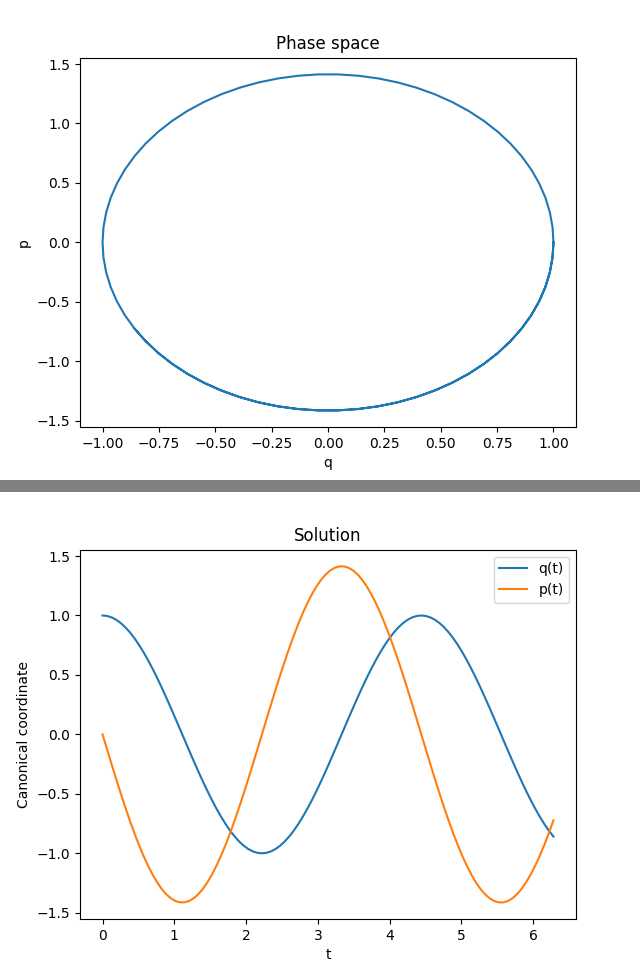
Repository: jearistiz/phys_simulation
Script's output: python simulation_API/simulation/demo_run_simulation.py
An editor plug-in stored every save of this project. The script's output is shown before and after the next save, followed by the edit.
Each picture stacks the figures in order, with grey between them; figures that are only written to a file come last. Random numbers start from a fixed seed.

Above is the script's output before, as saved 2020-09-13 14:36:35.

### simulation_API/simulation/demo_run_simulation.py
import numpy as np
import matplotlib.pyplot as plt

from simulation import HarmonicOsc1D

n_steps = 100

t_span = (0, 2 * np.pi)
t_eval = np.linspace(t_span[0], t_span[-1], 100)
m, k = 1, 2
ini_cndtn = [1., 0.]
method = 'RK45'
user_name = 'Juan'

HO_simulation = HarmonicOsc1D(t_span, t_eval, m, k, ini_cndtn, method,
                              user_name)

HO_solution = HO_simulation.simulate()


print("Method: ", HO_simulation.method)
print("Date: ", HO_simulation.date)

plt.figure()
plt.plot(HO_solution.y[0], HO_solution.y[1])
plt.xlabel('q')
plt.ylabel('p')
plt.title('Phase space')
plt.show()
plt.close()

plt.figure()
plt.plot(HO_solution.t, HO_solution.y[0], label='q(t)')
plt.plot(HO_solution.t, HO_solution.y[1], label='p(t)')
plt.xlabel('t')
plt.ylabel('Canonical coordinate')
plt.title('Solution')
plt.legend()
plt.show()
plt.close()

### simulation_API/simulation/simulation.py
from datetime import datetime
from scipy.integrate import solve_ivp


class Simulation(object):
    """Simulation of mechanical system

    Attributes
    ---------
    t_span : 2-tuple of floats
        Interval of integration (t0, tf).
    t_eval : array_like or None, optional
        Times at which to store the computed solution, must be sorted and
        lie within t_span.
    ini_cndtn : array_like or None
        Initial condition of simulation, its specification depends on
        the system being simulated.
    results : OdeResult or None
        Results of simulation.
    system : string or None, optional
        Description of simulated system.
    method : str, optional
        Method of integration.
    user_name : str, optional
        Username that called the simulation.
    date : datetime.
        Date of instantiation of object.
    """
    def __init__(self, t_span, t_eval=None, ini_cndtn=None,
                 method='RK45', user_name=None):
        """
        Parameters
        ----------
        t_span : 2-tuple of floats
            Interval of integration (t0, tf). The solver starts with t=t0 and
            integrates until it reaches t=tf.
        t_eval : array_like or None, optional
            Times at which to store the computed solution, must be sorted and
            lie within t_span. If None (default), use points selected by the
            solver.
        ini_cndtn : array_like, shape (2,)
            Initial condition of simulated system.
        method : str, optional
            Method of integration, varies depending on simulation. See
            avaliable methods on `scipy.integrate.solve_ivp` documentation.
            Default is 'RK45'.
        user_name : str, optional
            Username that called the simulation. Default is None
        """
        self.t_span = t_span
        self.t_eval = t_eval
        self.ini_cndtn = ini_cndtn
        self.method = method
        self.user_name = user_name
        self.results = None
        self.system = None
        self.date = datetime.now()



class HarmonicOsc1D(Simulation):
    """1-D Harmonic Oscillator simulation

    Attributes
    ---------
    In addition to Simulation's attributes:

    m : float
        Mass of object.
    k : float
        Force constant of harmonic oscilltor.

    Methods
    -------

    Notes
    -----
    The hamiltonian describing the harmonic oscillator is written as

    .. math::

        H = \sqrt{1}{2}p^2 + \sqrt{1}{2}k q^2
    """
    def __init__(self, t_span, t_eval, m=1., k=1., ini_cndtn=[0., 1.],
                 method='RK45', user_name=None):
        """Extends __init__ from Simulation

        Adds attributes `k` and `m` Simulation's attributes.

        Parameters
        ----------
        t_span : 2-tuple of floats
            Interval of integration (t0, tf). The solver starts with t=t0 and
            integrates until it reaches t=tf.
        t_eval : array_like or None, optional
            Times at which to store the computed solution, must be sorted and
            lie within t_span. If None (default), use points selected by the
            solver.
        m : float
            Mass of object. Default is 1.
        k : float, optional
            Force constant of harmonic oscilltor. Default is 1.
        ini_cndtn : array_like, shape (2,)
            Initial condition of 1D Harmonic Oscillator. Convention: [q0, p0].
            Default is [0., 1.]. A list of initial conditions can be used, in
            this case a list of solutions will be returned by `simulate` method.
        method : str, optional
            Method of integration, varies depending on simulation. See
            avaliable methods on `scipy.integrate.solve_ivp` documentation.
            Default is 'RK45'.
        user_name : str, optional
            Username that called the simulation.
        """
        super().__init__(t_span, t_eval, ini_cndtn, method, user_name)
        self.m = m
        self.k = k
        self.system = "1D Harmonic Oscillator"


    def h_eqns(self, t, y):
        """Hamilton's equations for 1D-Harmonic Oscillator

        Parameters
        ----------
        t : float
            Time of evaluation of Hamilton's equations.
        y : array_like, shape (2,)
            Canonical coordinates. Convention: [q, p].
        m : float
            Mass of object. Default is `self.m`.
        k : float, optional
            Force constant of harmonic oscilltor. Default is `self.k`.

        Returns
        -------
        dydt : list
            Hamilton's equations for 1d Harmonic Oscillator.
            dydt = [dqdt, dpdt] = [dHdp, - dHdq]
        """
        q, p = y
        dydt = [p / self.m, - q * self.k]
        return dydt

    def simulate(self):
        """Simulates 1d harmonic oscillator using `scipy.integrate.solve_ivp`

        Returns
        -------
        self.results : OdeResult
            Bunch object with the following fields defined:
                t : ndarray, shape (n_points,)
                    Time points.
                y : ndarray, shape (n, n_points)
                    Values of the solution at t.
                sol : OdeSolution or None
                    Found solution as OdeSolution instance; None if
                    dense_output was set to False.
                t_events : list of ndarray or None
                    Contains for each event type a list of arrays at which an
                    event of that type event was detected. None if events was
                    None.
                y_events : list of ndarray or None
                    For each value of t_events, the corresponding value of the
                    solution. None if events was None.
                nfev : int
                    Number of evaluations of the right-hand side.
                njev : int
                    Number of evaluations of the Jacobian.
                nlu : int
                    Number of LU decompositions.
                status : int
                    Reason for algorithm termination:
                        -1: Integration step failed.
                        0: The solver successfully reached the end of tspan.
                        1: A termination event occurred.
                message : string
                    Human-readable description of the termination reason.
                success : bool
                    True if the solver reached the interval end or a
                    termination event occurred (status >= 0).
        """
        self.results = solve_ivp(self.h_eqns, self.t_span, self.ini_cndtn,
                             self.method, self.t_eval)
        return self.results

After the next save:
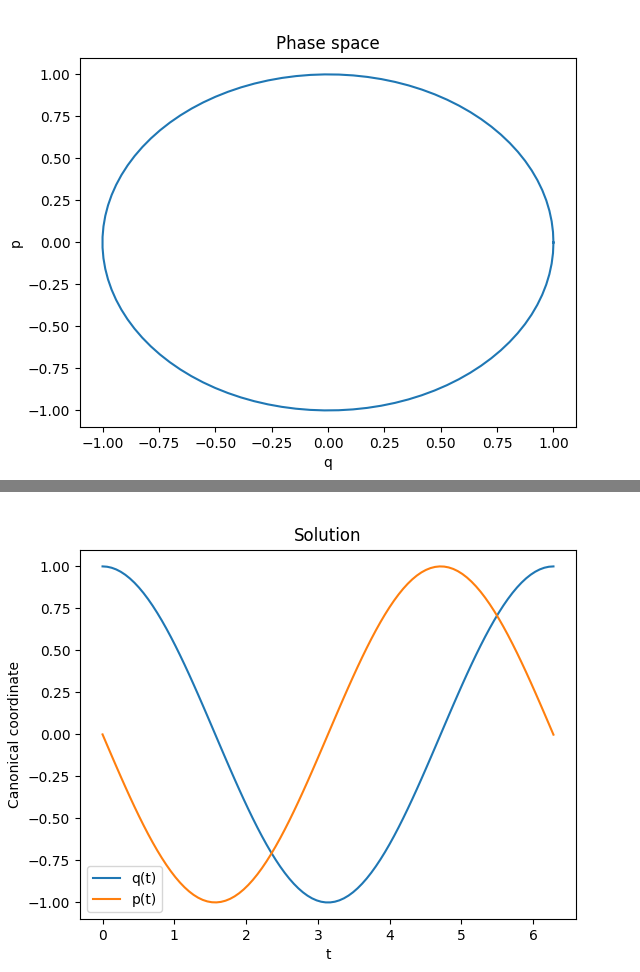
Saved 38 s later.
--- a/simulation_API/simulation/demo_run_simulation.py
+++ b/simulation_API/simulation/demo_run_simulation.py
@@ -7,7 +7,7 @@ n_steps = 100
 
 t_span = (0, 2 * np.pi)
 t_eval = np.linspace(t_span[0], t_span[-1], 100)
-m, k = 1, 2
+m, k = 1, 1
 ini_cndtn = [1., 0.]
 method = 'RK45'
 user_name = 'Juan'
